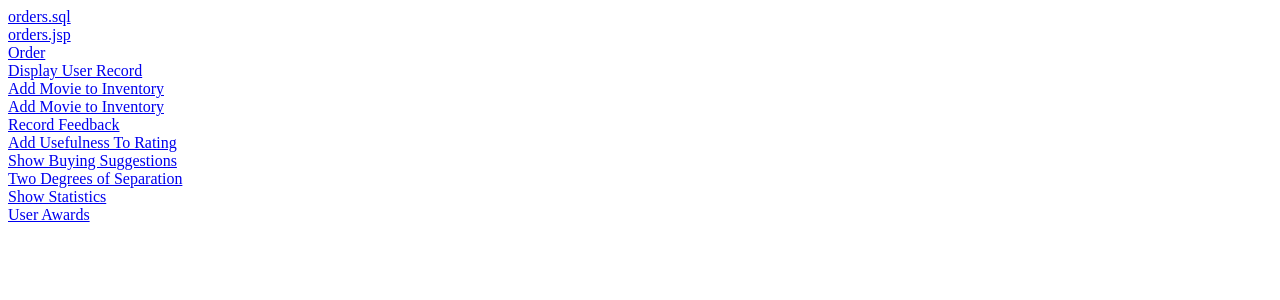
Repository: HyveMynd/cs5530
Page: http://localhost/public_html/options.jsp
The author's editor kept a copy of each file at every save. The page is drawn from the files as they stood at one save, then again after the next save.
The browser window is 1280 px wide. The pictures show the whole page.
The page is served by Tomcat 9. Other server files are loaded and not shown.

Above is the page before, as saved 2013-04-15 01:29:00.

### VideoWebStore/public_html/options.jsp
<!DOCTYPE HTML PUBLIC "-//W3C//DTD HTML 4.01 Transitional//EN">
<html>
<head>
<title>JSP Example</title>
<meta http-equiv="Content-Type" content="text/html; charset=iso-8859-1">
</head>

<body>
<a href="orders.sql">orders.sql</a><br>
<a href="orders.jsp">orders.jsp</a><br>
<a href="ordering.jsp">Order</a><br>
<a href="userrecord.jsp">Display User Record</a><br>
<a href="addtoinv.jsp">Add Movie to Inventory</a><br>
<a href="addtoinventory.jsp">Add Movie to Inventory</a><br>
<a href="recordfeedback.jsp">Record Feedback</a><br>
<a href="usefulnessrating.jsp">Add Usefulness To Rating</a><br>
<a href="buyingsuggestions.jsp">Show Buying Suggestions</a><br>
<a href="degrees.jsp">Two Degrees of Separation</a><br>
<a href="statistics.jsp">Show Statistics</a><br>
<a href="userawards.jsp">User Awards</a><br>

</body>
</html>

After the next save:
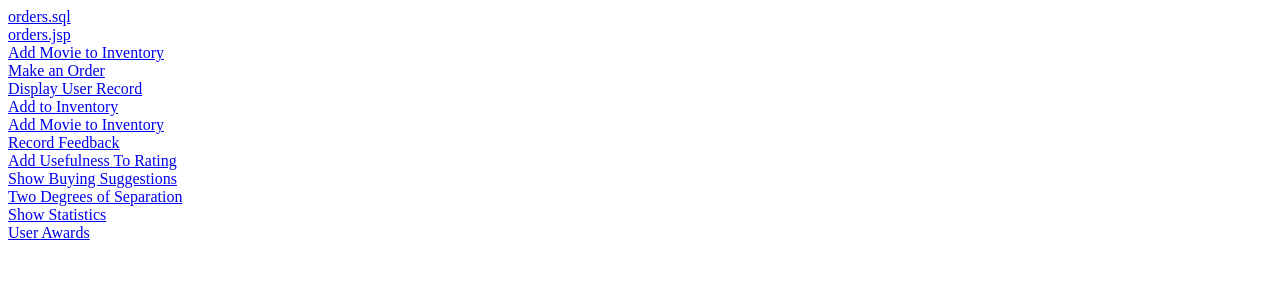
Saved 42 s later.
--- a/VideoWebStore/public_html/options.jsp
+++ b/VideoWebStore/public_html/options.jsp
@@ -8,9 +8,10 @@
 <body>
 <a href="orders.sql">orders.sql</a><br>
 <a href="orders.jsp">orders.jsp</a><br>
-<a href="ordering.jsp">Order</a><br>
+<a href="ordering.jsp">Add Movie to Inventory</a><br>
+<a href="ordering.jsp">Make an Order</a><br>
 <a href="userrecord.jsp">Display User Record</a><br>
-<a href="addtoinv.jsp">Add Movie to Inventory</a><br>
+<a href="addtoinv.jsp">Add to Inventory</a><br>
 <a href="addtoinventory.jsp">Add Movie to Inventory</a><br>
 <a href="recordfeedback.jsp">Record Feedback</a><br>
 <a href="usefulnessrating.jsp">Add Usefulness To Rating</a><br>
